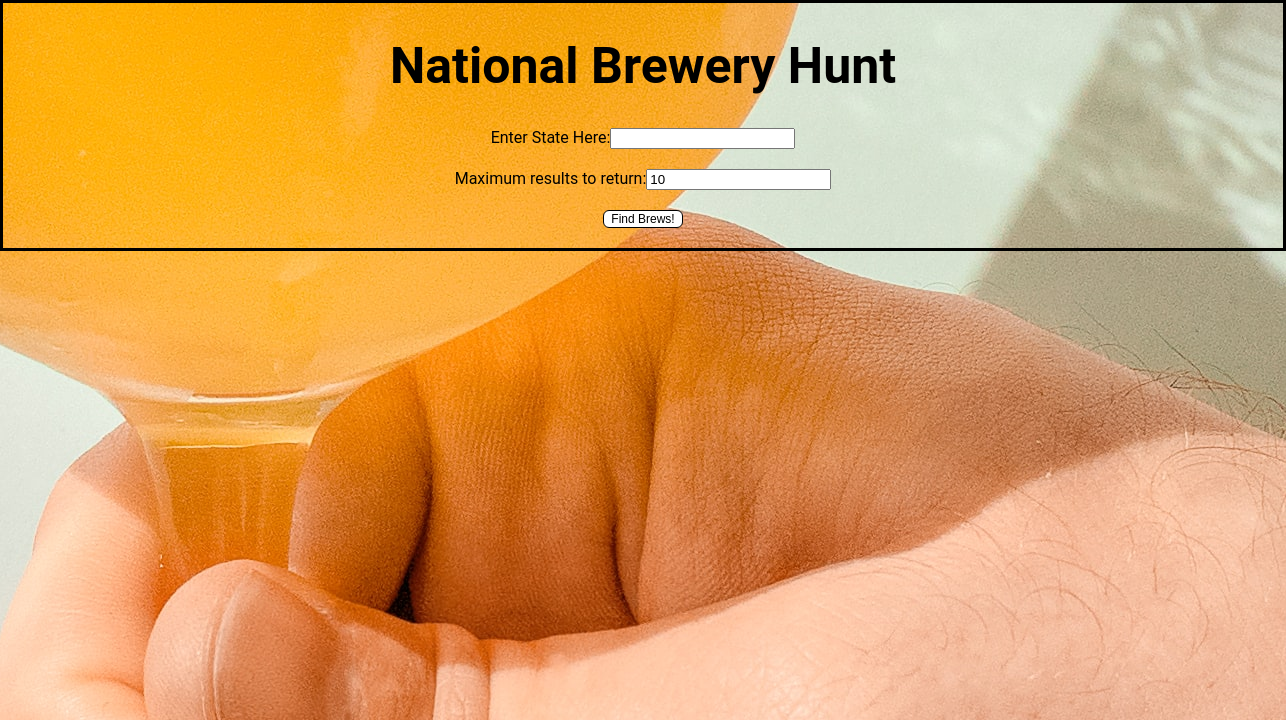
Repository: kaitlynMidori/searchBrews
Page: index.html
An editor plug-in stored every save of this project. The page is shown before and after the next save, followed by the edit.
The browser window is 1280 px wide. The page is 1286 px wide, so the pictures cover 1286 px, including what lies to the right of the window. The pictures show the whole page.

Above is the page before, as saved 2021-04-24 12:18:48.

After the next save:
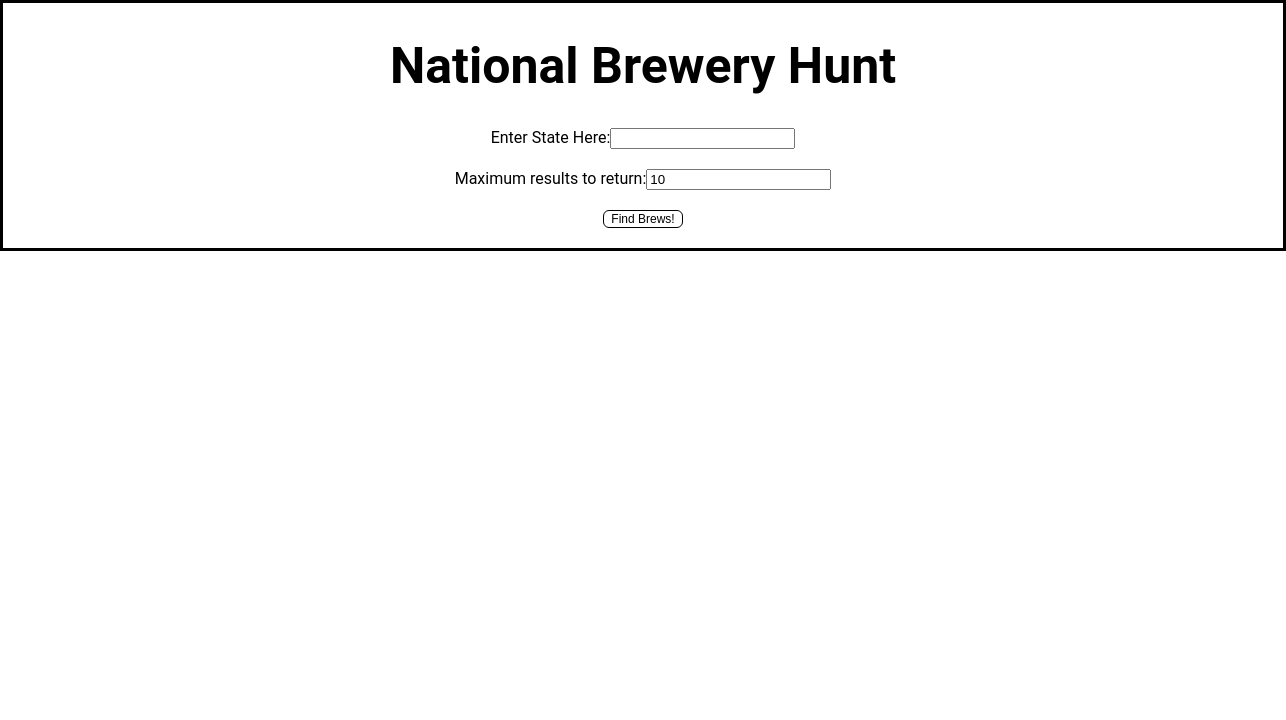
Saved 17 s later.
--- a/style.css
+++ b/style.css
@@ -4,7 +4,7 @@
     color: black;
     margin: auto;
     background: cover;
-    background: url("screenshots/beer.jpg") no-repeat center center fixed;
+    background-image: url("screenshots/beer.jpg") no-repeat center center fixed;
     width: 100%;
 
     border: solid;

After the save that followed:
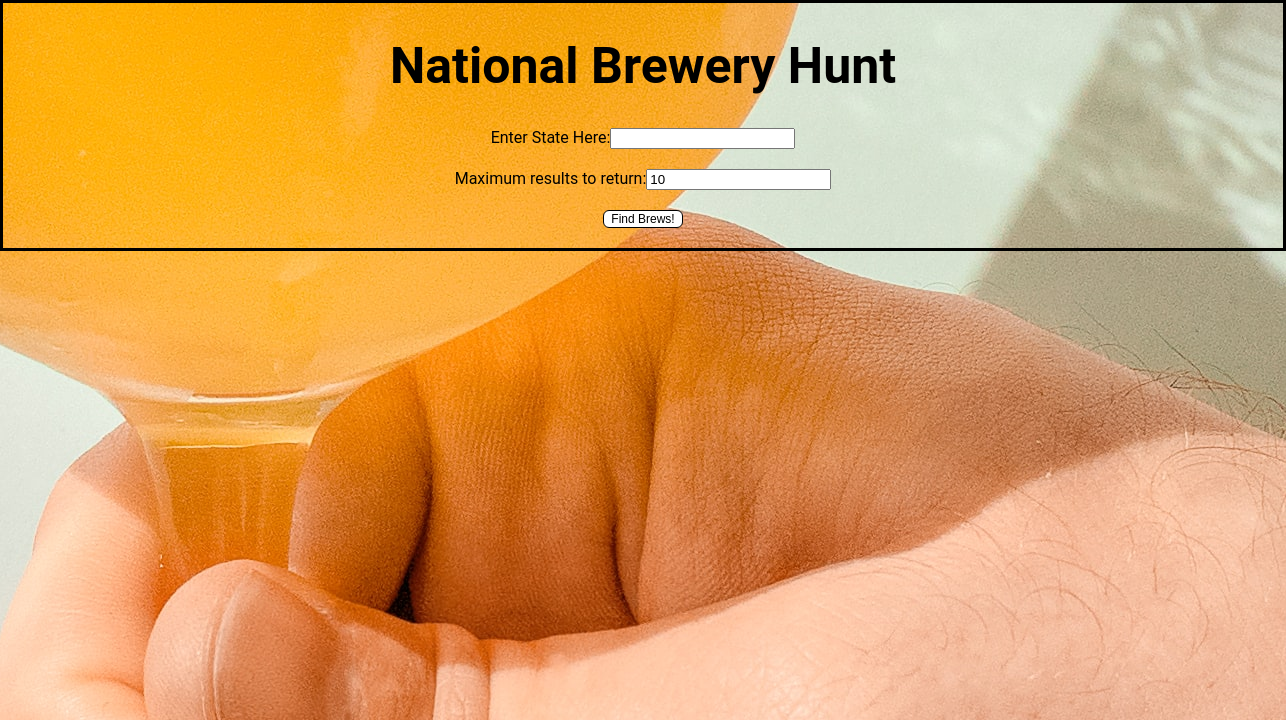
Saved 7 s later.
--- a/style.css
+++ b/style.css
@@ -4,7 +4,7 @@
     color: black;
     margin: auto;
     background: cover;
-    background-image: url("screenshots/beer.jpg") no-repeat center center fixed;
+    background: url("screenshots/beer.jpg") no-repeat center center fixed;
     width: 100%;
 
     border: solid;
